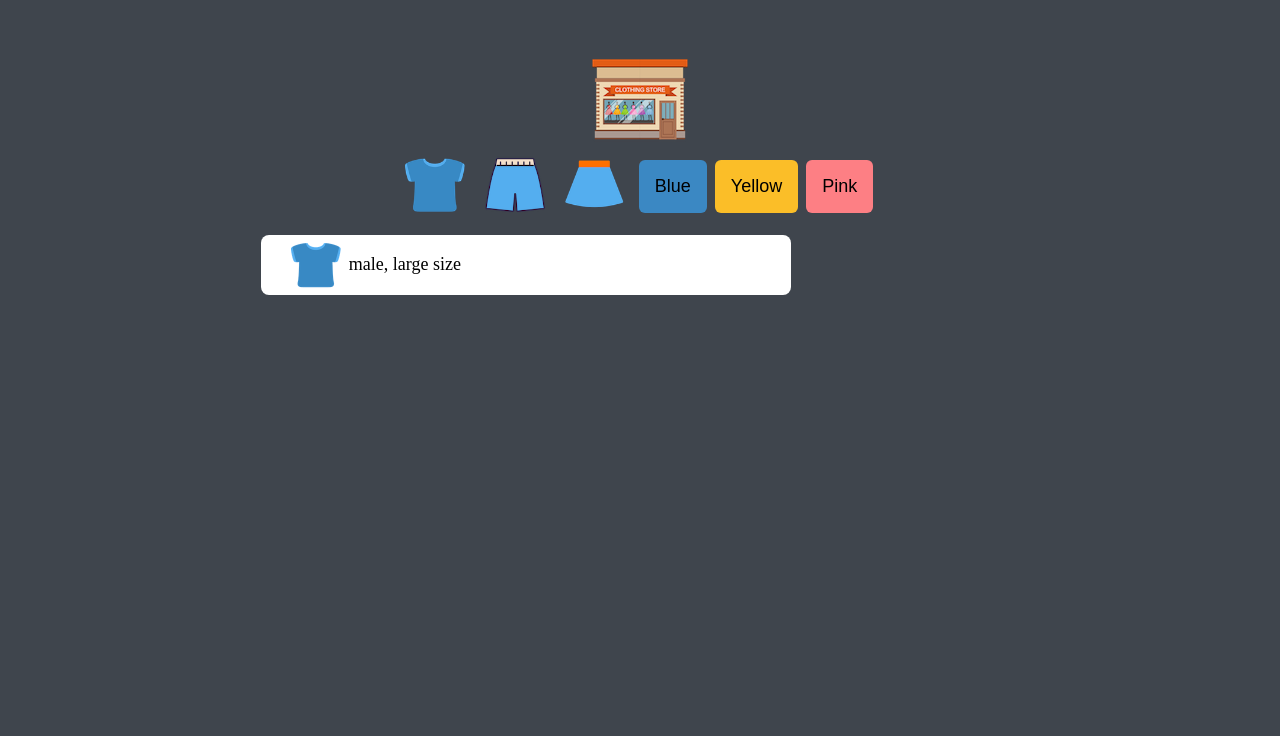
Repository: keehoonjung/Shoppingmall-Game
Page: index.html
An editor plug-in stored every save of this project. The page is shown before and after the next save, followed by the edit.
The browser window is 1280 px wide. The pictures show the whole page.

Above is the page before, as saved 2021-08-12 19:53:23.
Console error: TypeError: Cannot read properties of null (reading 'addEventListener')

After the next save:
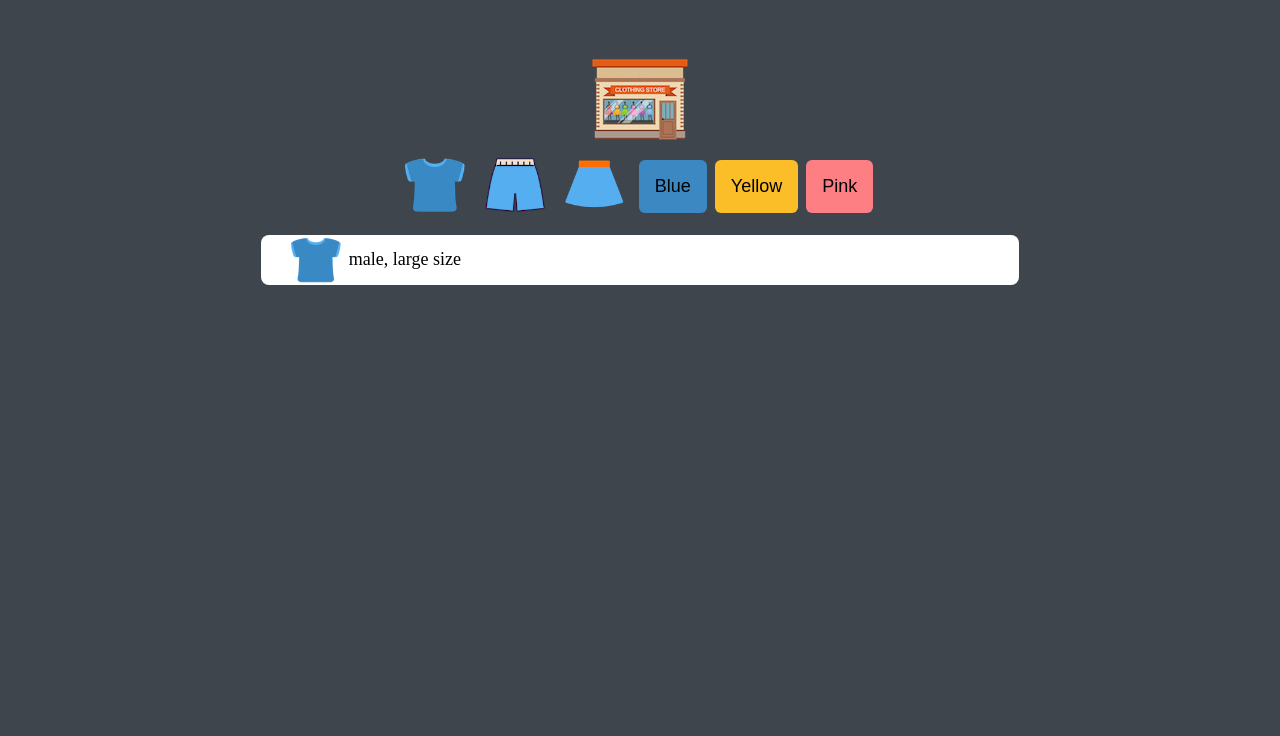
Saved 45 s later.
--- a/style.css
+++ b/style.css
@@ -84,8 +84,6 @@ body {
 .item {
   background-color: var(--color-white);
   margin-bottom: 12px;
-  width: 500px;
-  height: 60px;
   border-radius: 8px;
   display: flex;
   align-items: center;
